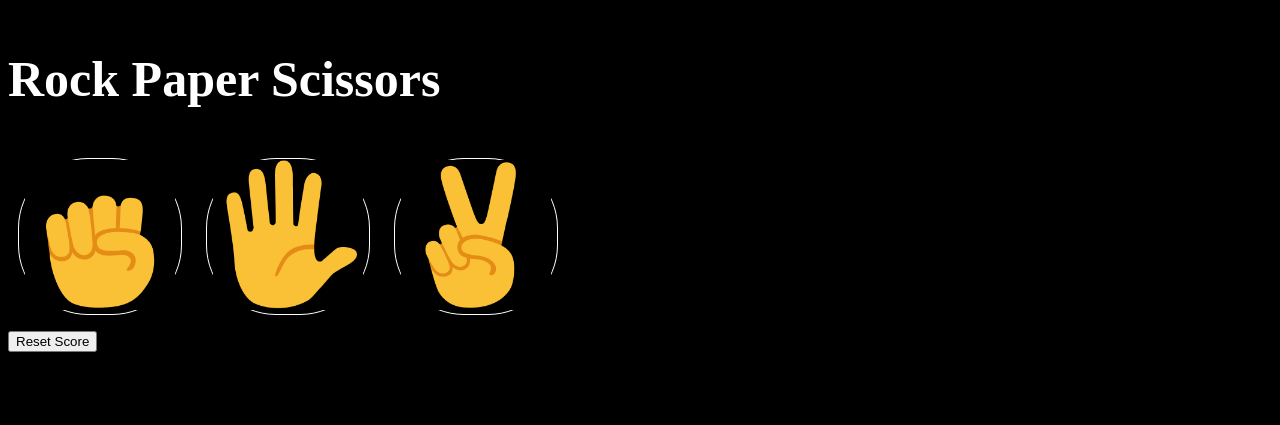
Repository: pgyunknown/Rock_paper_scissors-
Page: index.html
An editor plug-in stored every save of this project. The page is shown before and after the next save, followed by the edit.
The browser window is 1280 px wide. The pictures show the whole page.

Above is the page before, as saved 2024-08-30 17:09:15.

### index.html

<!DOCTYPE html>
<html>
  <head>
    <title>Rock Paper Scissors</title>
    <link rel="stylesheet" href="index.css">
  </head>
  <body>
    <p class="title">Rock Paper Scissors</p>
    <button onclick="
      playGame('rock');
    "class="emoji"><img src="images/rock-emoji.png" alt=""></button>

    <button onclick="
      playGame('paper');
    " class="emoji"><img src="images/paper-emoji.png" alt=""></button>

    <button onclick="
      playGame('scissors');
    " class="emoji"><img src="images/scissors-emoji.png" alt=""></button>

    <p class="js-result result"></p>
    <p class="js-moves"></p>
    <p class="js-score score"></p>

    <button onclick="
      score.wins = 0;
      score.losses = 0;
      score.ties = 0;
      localStorage.removeItem('score');
      updateScoreElement();
    " class="reset-score-button">Reset Score</button>


    <script src="index.js">

    </script>
  </body>
</html>

### index.css
body{
  background-color: black;
  color: white;
}
.title{
  font-size: 50px;
  font-weight: bold;
}

button img{
  height: 150px;
  width: 150px;
  background-color: black;
  /* border: 1px solid white;
  border-radius: 70px; */
}
.emoji{
  background-color: black;
    border: 1px solid white;
  border-radius: 70px;
  margin: 0px 10px 0px 10px;
}

### index.js
      let score = JSON.parse(localStorage.getItem('score')) || {
        wins: 0,
        losses: 0,
        ties: 0
      };

      function pickComputerMove() {
        const randomNumber = Math.random();

        let computerMove = '';

        if (randomNumber >= 0 && randomNumber < 1 / 3) {
          computerMove = 'rock';
        } else if (randomNumber >= 1 / 3 && randomNumber < 2 / 3) {
          computerMove = 'paper';
        } else if (randomNumber >= 2 / 3 && randomNumber < 1) {
          computerMove = 'scissors';
      }

        return computerMove;
      }
      function playGame(playerMove) {
        const computerMove = pickComputerMove();

        let result = '';

        if (playerMove === 'scissors') {
          if (computerMove === 'rock') {
            result = 'You lose.';
          } else if (computerMove === 'paper') {
            result = 'You win.';
          } else if (computerMove === 'scissors') {
            result = 'Tie.';
          }

        } else if (playerMove === 'paper') {
          if (computerMove === 'rock') {
            result = 'You win.';
          } else if (computerMove === 'paper') {
            result = 'Tie.';
          } else if (computerMove === 'scissors') {
            result = 'You lose.';
          }

        } else if (playerMove === 'rock') {
          if (computerMove === 'rock') {
            result = 'Tie.';
          } else if (computerMove === 'paper') {
            result = 'You lose.';
          } else if (computerMove === 'scissors') {
            result = 'You win.';
          }
        }

        if (result === 'You win.') {
          score.wins += 1;
        } else if (result === 'You lose.') {
          score.losses += 1;
        } else if (result === 'Tie.') {
          score.ties += 1;
        }

        localStorage.setItem('score', JSON.stringify(score));

        alert(`You picked ${playerMove}. Computer picked ${computerMove}. ${result}
Wins: ${score.wins}, Losses: ${score.losses}, Ties: ${score.ties}`);
      }

After the next save:
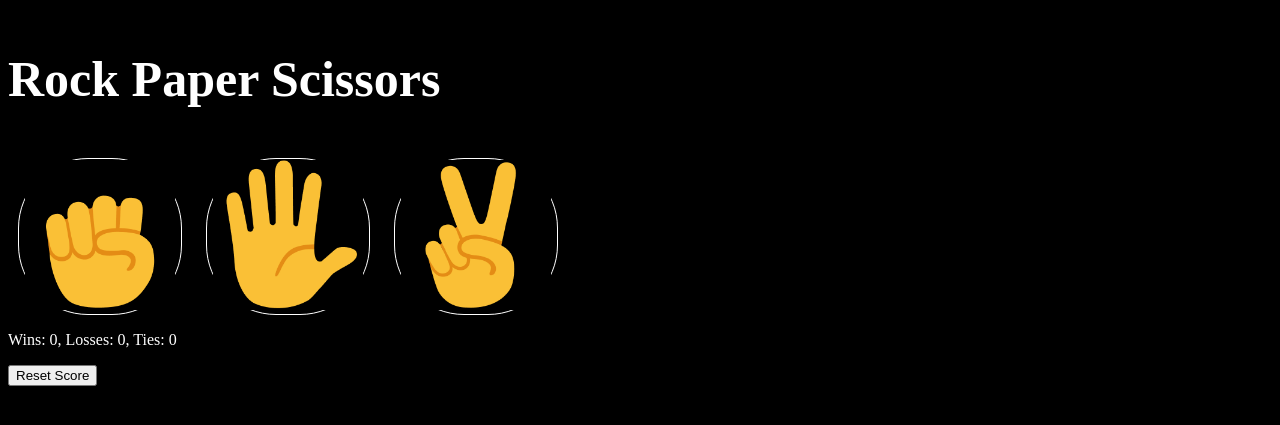
Saved 29 s later.
--- a/index.js
+++ b/index.js
@@ -1,67 +1,92 @@
-      let score = JSON.parse(localStorage.getItem('score')) || {
-        wins: 0,
-        losses: 0,
-        ties: 0
-      };
 
-      function pickComputerMove() {
-        const randomNumber = Math.random();
+let score = JSON.parse(localStorage.getItem('score')) || {
+  wins: 0,
+  losses: 0,
+  ties: 0
+};
 
-        let computerMove = '';
+updateScoreElement();
 
-        if (randomNumber >= 0 && randomNumber < 1 / 3) {
-          computerMove = 'rock';
-        } else if (randomNumber >= 1 / 3 && randomNumber < 2 / 3) {
-          computerMove = 'paper';
-        } else if (randomNumber >= 2 / 3 && randomNumber < 1) {
-          computerMove = 'scissors';
-      }
+/*
+if (!score) {
+  score = {
+    wins: 0,
+    losses: 0,
+    ties: 0
+  };
+}
+*/
 
-        return computerMove;
-      }
-      function playGame(playerMove) {
-        const computerMove = pickComputerMove();
+function playGame(playerMove) {
+  const computerMove = pickComputerMove();
 
-        let result = '';
+  let result = '';
 
-        if (playerMove === 'scissors') {
-          if (computerMove === 'rock') {
-            result = 'You lose.';
-          } else if (computerMove === 'paper') {
-            result = 'You win.';
-          } else if (computerMove === 'scissors') {
-            result = 'Tie.';
-          }
+  if (playerMove === 'scissors') {
+    if (computerMove === 'rock') {
+      result = 'You lose.';
+    } else if (computerMove === 'paper') {
+      result = 'You win.';
+    } else if (computerMove === 'scissors') {
+      result = 'Tie.';
+    }
 
-        } else if (playerMove === 'paper') {
-          if (computerMove === 'rock') {
-            result = 'You win.';
-          } else if (computerMove === 'paper') {
-            result = 'Tie.';
-          } else if (computerMove === 'scissors') {
-            result = 'You lose.';
-          }
+  } else if (playerMove === 'paper') {
+    if (computerMove === 'rock') {
+      result = 'You win.';
+    } else if (computerMove === 'paper') {
+      result = 'Tie.';
+    } else if (computerMove === 'scissors') {
+      result = 'You lose.';
+    }
 
-        } else if (playerMove === 'rock') {
-          if (computerMove === 'rock') {
-            result = 'Tie.';
-          } else if (computerMove === 'paper') {
-            result = 'You lose.';
-          } else if (computerMove === 'scissors') {
-            result = 'You win.';
-          }
-        }
+  } else if (playerMove === 'rock') {
+    if (computerMove === 'rock') {
+      result = 'Tie.';
+    } else if (computerMove === 'paper') {
+      result = 'You lose.';
+    } else if (computerMove === 'scissors') {
+      result = 'You win.';
+    }
+  }
 
-        if (result === 'You win.') {
-          score.wins += 1;
-        } else if (result === 'You lose.') {
-          score.losses += 1;
-        } else if (result === 'Tie.') {
-          score.ties += 1;
-        }
+  if (result === 'You win.') {
+    score.wins += 1;
+  } else if (result === 'You lose.') {
+    score.losses += 1;
+  } else if (result === 'Tie.') {
+    score.ties += 1;
+  }
 
-        localStorage.setItem('score', JSON.stringify(score));
+  localStorage.setItem('score', JSON.stringify(score));
 
-        alert(`You picked ${playerMove}. Computer picked ${computerMove}. ${result}
-Wins: ${score.wins}, Losses: ${score.losses}, Ties: ${score.ties}`);
-      }
+  updateScoreElement();
+
+  document.querySelector('.js-result').innerHTML = result;
+
+  document.querySelector('.js-moves').innerHTML = `You
+<img src="images/${playerMove}-emoji.png" class="move-icon">
+<img src="images/${computerMove}-emoji.png" class="move-icon">
+Computer`;
+}
+
+function updateScoreElement() {
+  document.querySelector('.js-score')
+    .innerHTML = `Wins: ${score.wins}, Losses: ${score.losses}, Ties: ${score.ties}`;
+}
+
+function pickComputerMove() {
+  const randomNumber = Math.random();
+
+  let computerMove = '';
+
+  if (randomNumber >= 0 && randomNumber < 1 / 3) {
+    computerMove = 'rock';
+  } else if (randomNumber >= 1 / 3 && randomNumber < 2 / 3) {
+    computerMove = 'paper';
+  } else if (randomNumber >= 2 / 3 && randomNumber < 1) {
+    computerMove = 'scissors';
+  }
+
+  return computerMove;
+}
